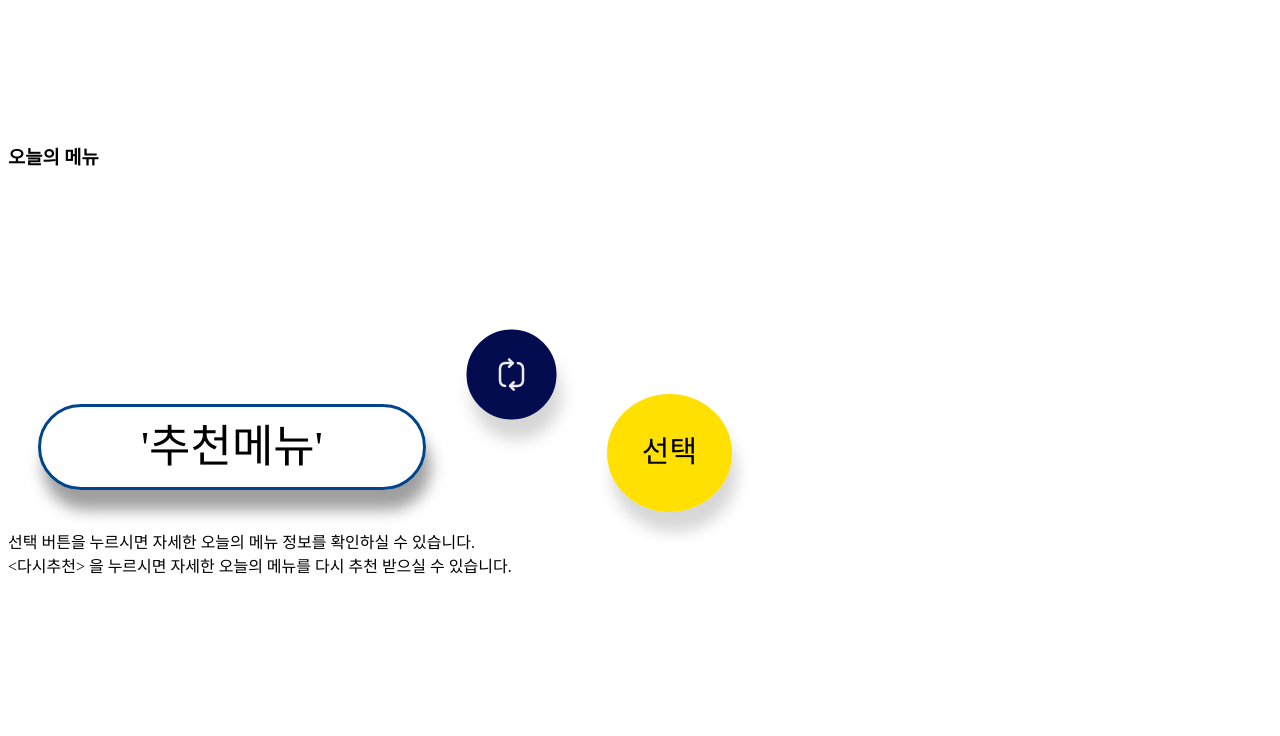
Repository: hkh00700/JustDoEat_Web
Page: http://localhost/justdoeat/WEB-INF/views/home.jsp
These files come from the project's save history. The page is drawn as it stood at one moment and after the next save; the edit follows.
The browser window is 1280 px wide. The pictures show the whole page.
The page is served by Tomcat 9. Nobody is signed in. Other server files are loaded and not shown. The template is opened directly, without the code that normally fills it, so the values that code supplies are empty.

Above is the page before, as saved 2021-05-18 02:58:53.

### justdoeat/src/main/webapp/WEB-INF/views/home.jsp
<%@ taglib uri="http://java.sun.com/jsp/jstl/core" prefix="c" %>
<%@ page language="java" contentType="text/html; charset=UTF-8"
    pageEncoding="UTF-8"%>
<html>
<head>
	<title>Home</title>
<style type="text/css">
.content {
height: 720px;
}

h3{
height: 300px;
line-height: 300px;
}
.content a:first-of-type{
width: 600px;
height: 120px;
margin: 40px 23px 42px 30px;
padding: 15px 100px 15px 100px;
border-radius: 60px;
box-shadow: 5px 20px 15px 0 rgba(0, 0, 0, 0.38);
border: solid 3px #00458a;
text-align: center;
font-size: 45px;
}
.select{
 width: 120px;
  height: 120px;
  margin: 40px 157px 42px 23px;
  padding: 41px 35px 44px;
  box-shadow: 5px 20px 15px 0 rgba(0, 0, 0, 0.16);
  background-color: #ffe000;
  border-radius: 50%;
  font-size: 30px;
}

</style>
</head>
<body>
	<div class="content">
		<h3>오늘의 메뉴</h3>
		<a>'추천메뉴'</a><img src='imgs/reset.png' alt="다시추천"/><a class='select'>선택</a>
		<br/><br/><br/><br/>
		선택 버튼을 누르시면 자세한 오늘의 메뉴 정보를 확인하실 수 있습니다.<br/>
		<다시추천> 을 누르시면 자세한 오늘의 메뉴를 다시 추천 받으실 수 있습니다.

	</div>
</body>
</html>

After the next save:
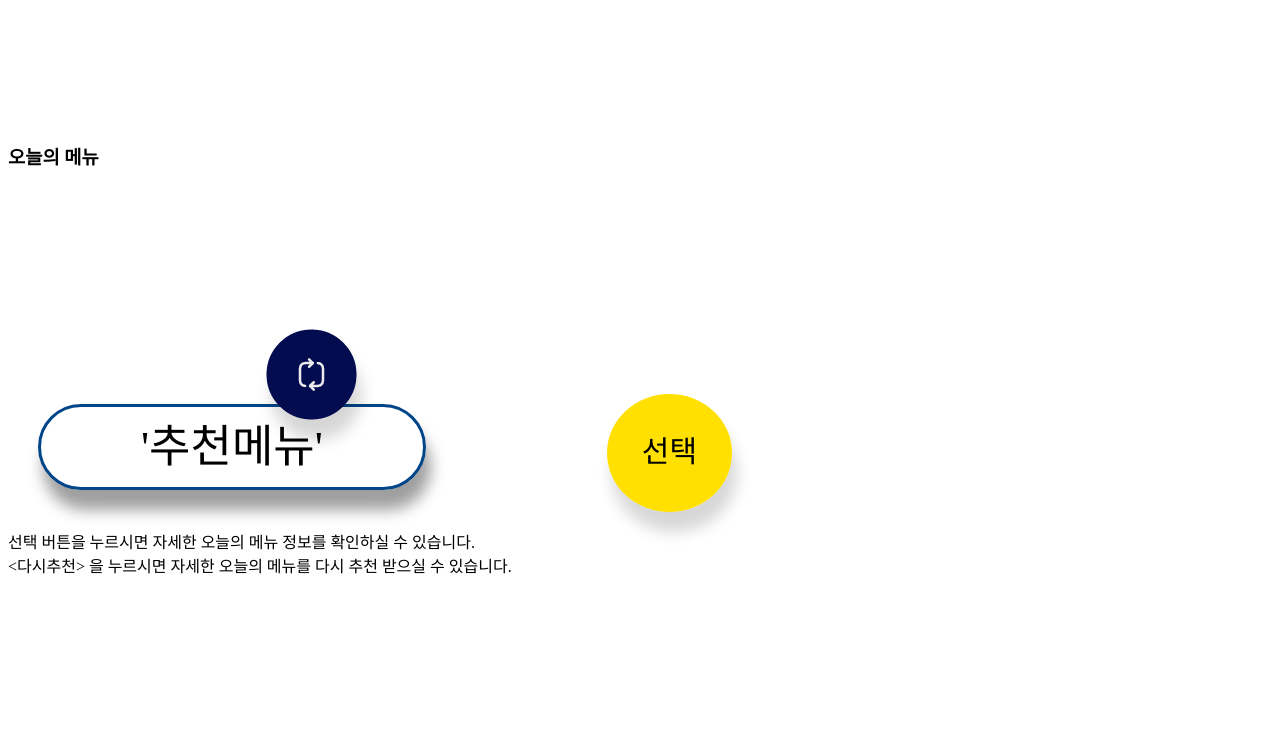
Saved 39 s later.
--- a/justdoeat/src/main/webapp/WEB-INF/views/home.jsp
+++ b/justdoeat/src/main/webapp/WEB-INF/views/home.jsp
@@ -34,6 +34,10 @@
   border-radius: 50%;
   font-size: 30px;
 }
+img{
+position: relative;
+left: -200px;
+}
 
 </style>
 </head>
